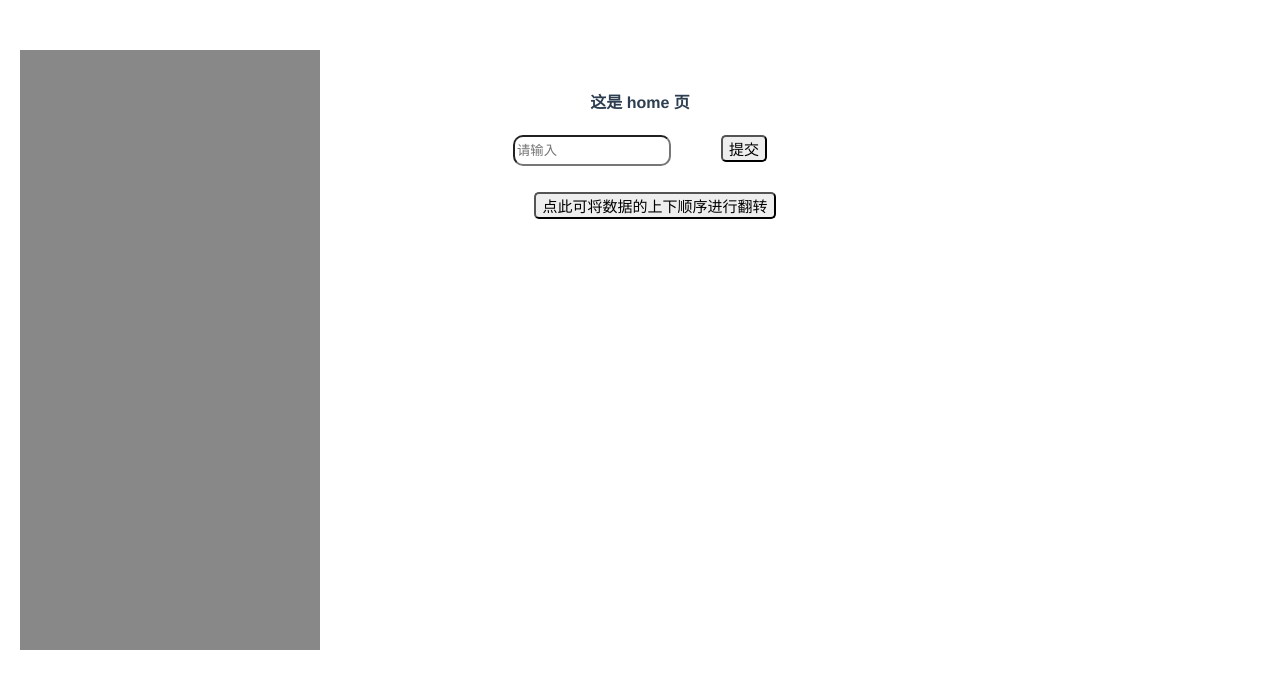
Repository: z-xy-git/demofirst
Page: /
These files come from the project's save history. The page is drawn as it stood at one moment and after the next save; the edit follows.
The browser window is 1280 px wide. The pictures show the whole page.
The project was rebuilt for these pictures with package versions that can differ from the ones it lists, and the page was loaded fresh each time.

Above is the page before, as saved 2021-02-25 11:50:55.

After the next save:
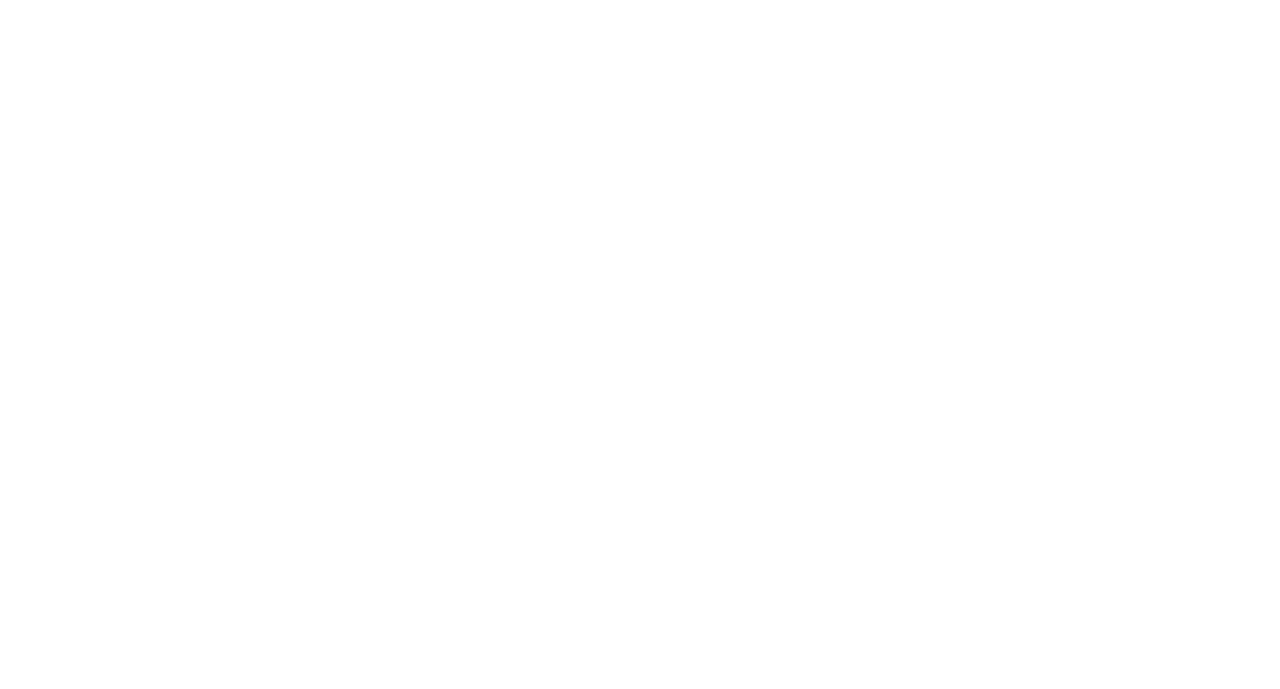
Saved 68 min 41 s later.
--- a/src/App.vue
+++ b/src/App.vue
@@ -2,7 +2,7 @@
   <div id="app">
     <div id="nav">
     </div>
-    <router-view/>
+    <!-- <router-view/> -->
   </div>
 </template>
 

After the save that followed:
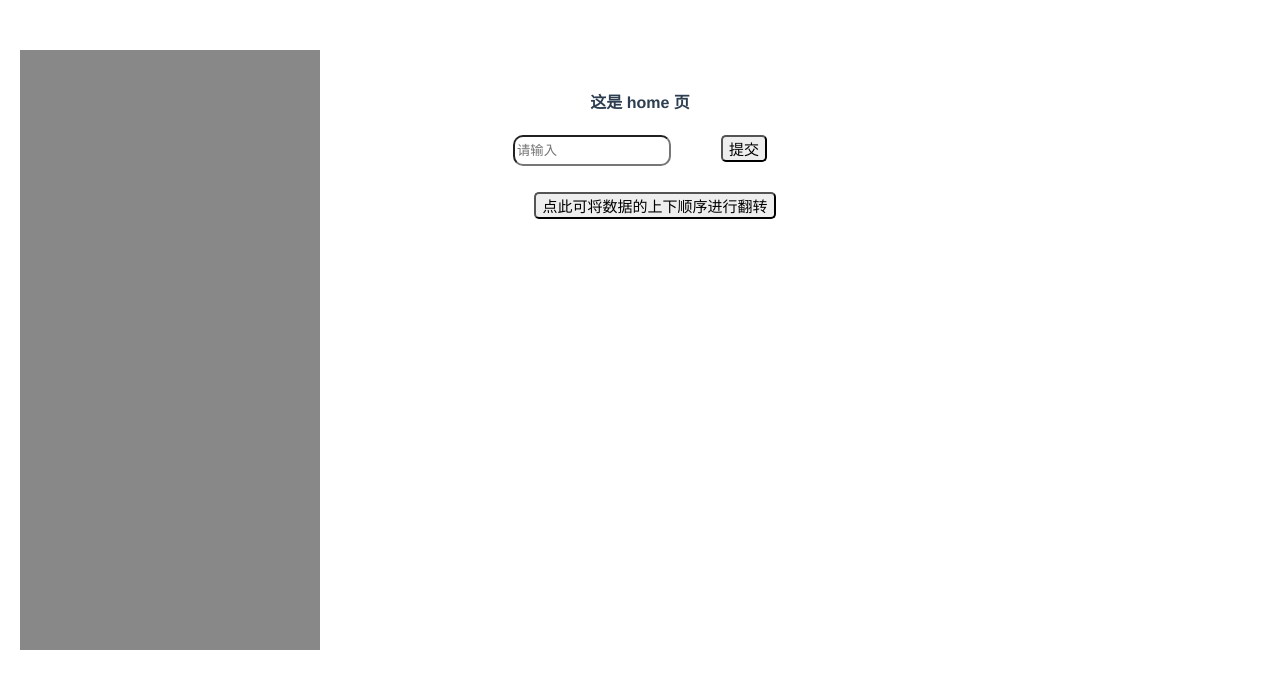
Saved 21 s later.
--- a/src/App.vue
+++ b/src/App.vue
@@ -2,7 +2,7 @@
   <div id="app">
     <div id="nav">
     </div>
-    <!-- <router-view/> -->
+    <router-view/>
   </div>
 </template>
 
